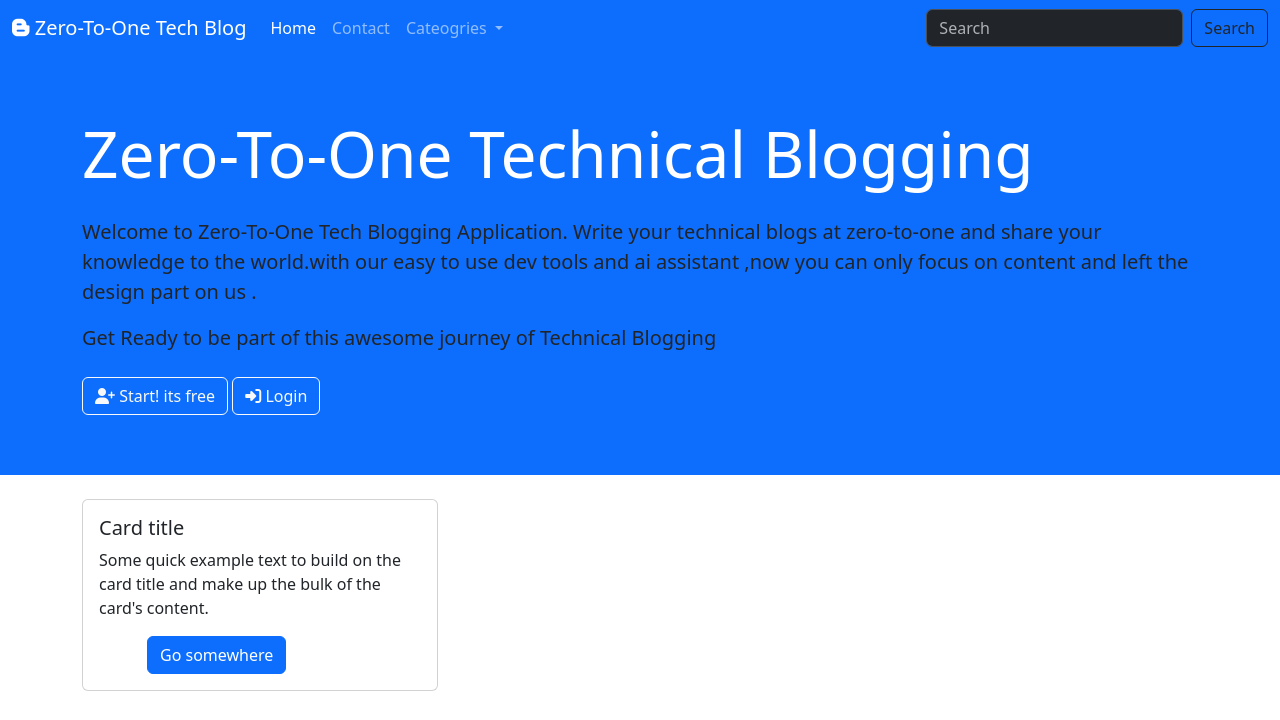
Repository: Gaurav560/PROJECT-ZeroToOne-TechBlog
Page: http://localhost/ZeroToOne/
An editor plug-in stored every save of this project. The page is shown before and after the next save, followed by the edit.
The browser window is 1280 px wide. The pictures show the whole page.
Some web libraries are served in a nearby version. The page is served by Tomcat 9.

Above is the page before, as saved 2023-04-29 07:52:10.

After the next save:
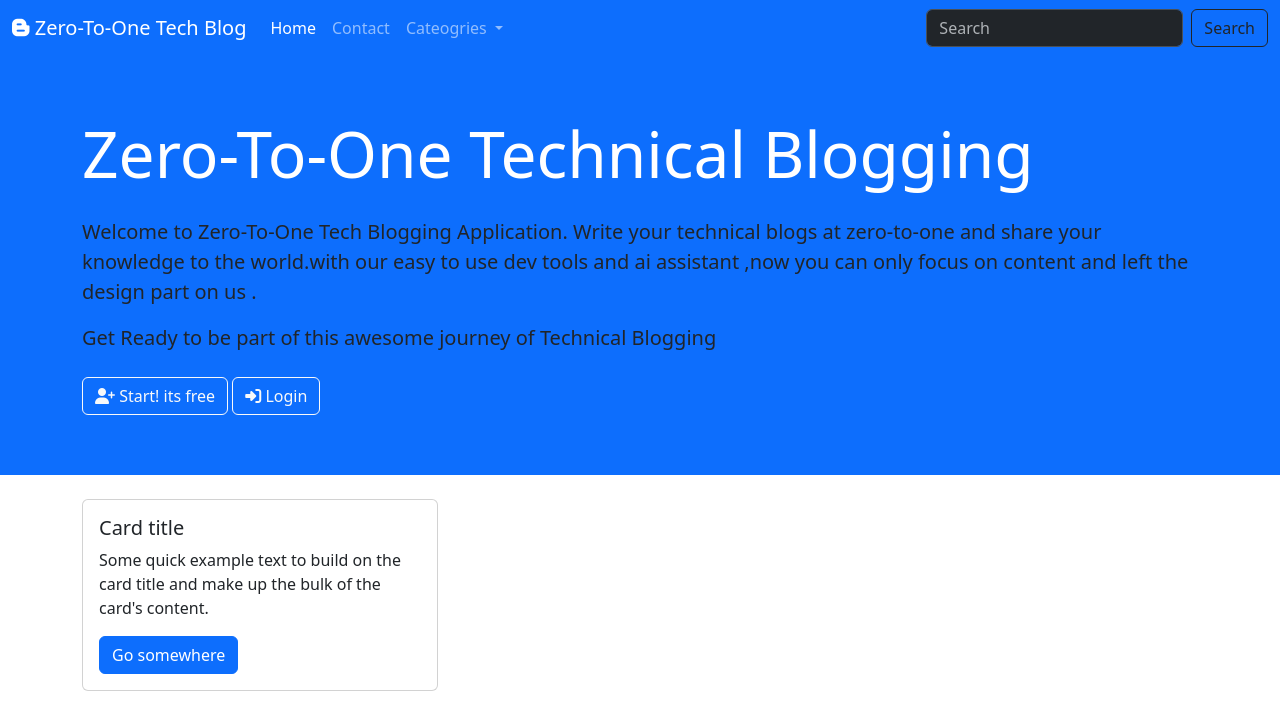
Saved 16 s later.
--- a/ZeroToOne/src/main/webapp/index.jsp
+++ b/ZeroToOne/src/main/webapp/index.jsp
@@ -59,7 +59,7 @@
   <div class="card-body">
     <h5 class="card-title">Card title</h5>
     <p class="card-text">Some quick example text to build on the card title and make up the bulk of the card's content.</p>
-    <a href="#" class="btn btn-primary ms-5">Go somewhere</a>
+    <a href="#" class="btn btn-primary ms-6">Go somewhere</a>
   </div>
 </div>
 </div>

After the save that followed:
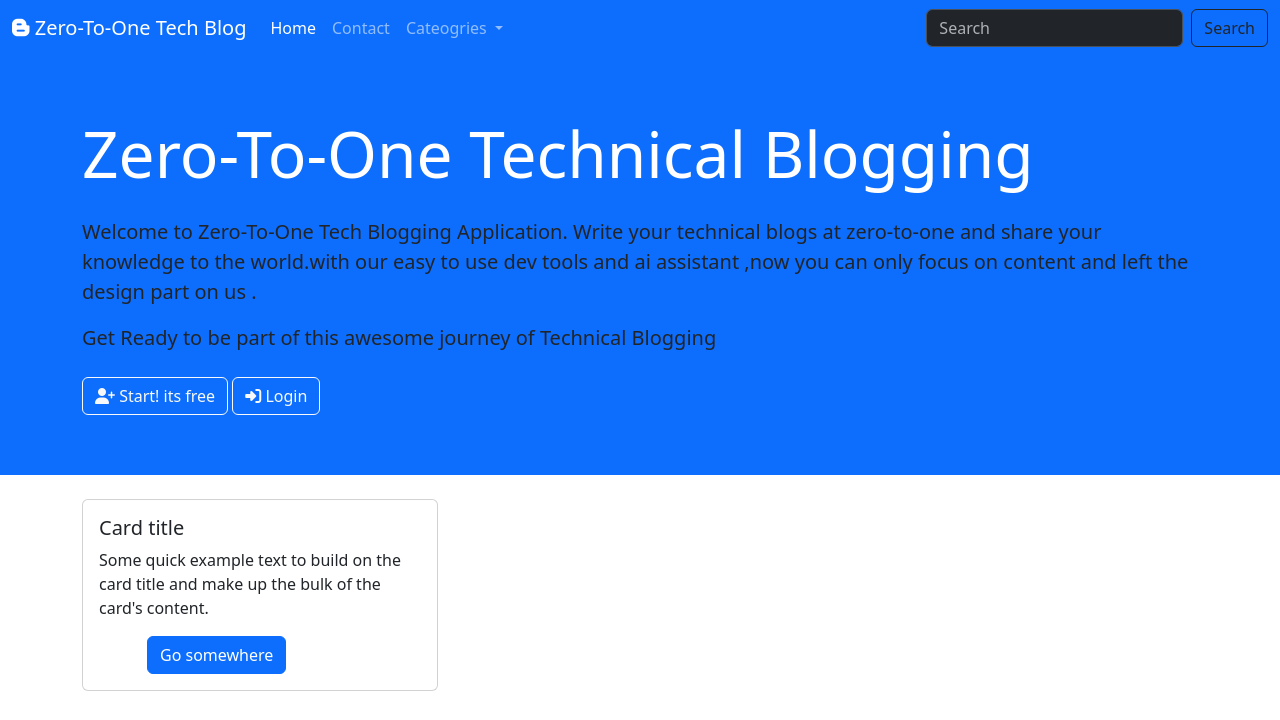
Saved 7 s later.
--- a/ZeroToOne/src/main/webapp/index.jsp
+++ b/ZeroToOne/src/main/webapp/index.jsp
@@ -59,7 +59,7 @@
   <div class="card-body">
     <h5 class="card-title">Card title</h5>
     <p class="card-text">Some quick example text to build on the card title and make up the bulk of the card's content.</p>
-    <a href="#" class="btn btn-primary ms-6">Go somewhere</a>
+    <a href="#" class="btn btn-primary ms-5">Go somewhere</a>
   </div>
 </div>
 </div>
